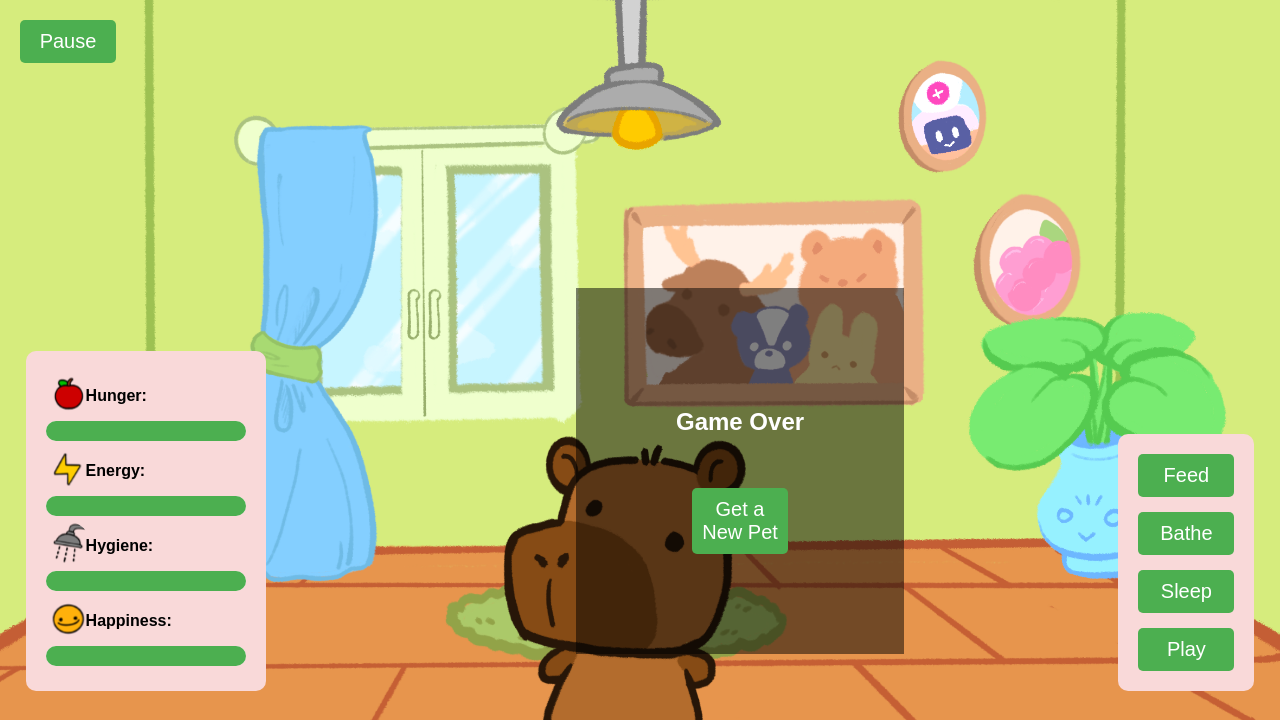
Repository: sarahjx/CapyCare
Page: html/index.html
These files come from the project's save history. The page is drawn as it stood at one moment and after a run of saves; the edit follows.
The browser window is 1280 px wide. The pictures show the whole page.
Some web fonts or font styles are not loaded; a fallback is used.

Above is the page before, as saved 2025-05-01 14:48:59.
Console error: TypeError: Cannot set properties of null (setting 'innerText')

After the next 2 saves:
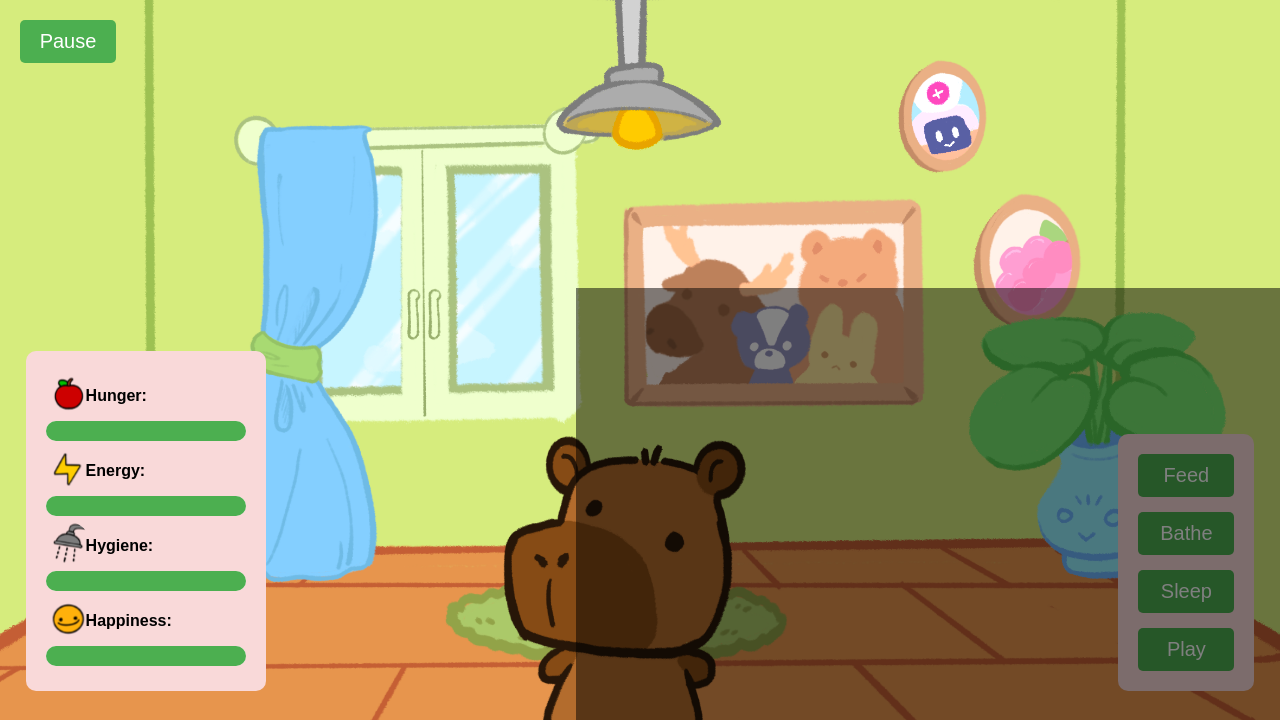
The 2 saves are shown as one change because they came seconds apart.
The last was saved 12 s later.
--- a/css/statusbar.css
+++ b/css/statusbar.css
@@ -176,7 +176,7 @@ button:hover {
   align-items: center;
   left: 45%;
   top: 40%;
-  padding: 100px;
+  padding: 1512px;
   margin: 0;
   background-color: rgba(0, 0, 0, 0.5);
   color: white;
